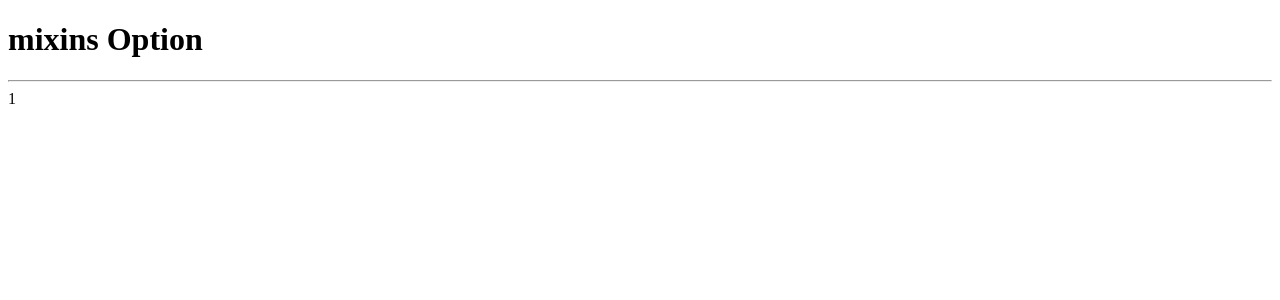
Repository: 13982720426/vue2.0-LearningNotes
Page: example/mixins.html
These files come from the project's save history. The page is drawn as it stood at one moment and after the next save; the edit follows.
The browser window is 1280 px wide. The pictures show the whole page.

Above is the page before, as saved 2021-06-25 22:13:36.

After the next save:
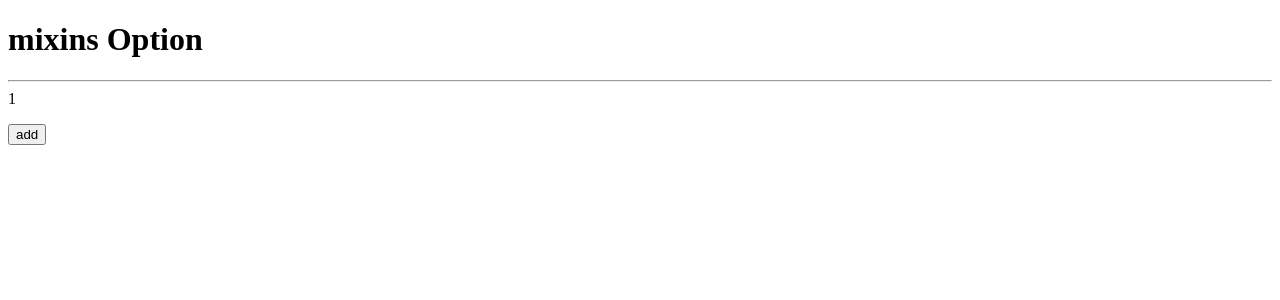
Saved 23 s later.
--- a/example/mixins.html
+++ b/example/mixins.html
@@ -10,7 +10,10 @@
   <body>
     <h1>mixins Option</h1>
     <hr />
-    <div id="app">{{num}}</div>
+    <div id="app">
+      {{num}}
+      <p><button @click="add">add</button></p>
+    </div>
     <script type="text/javascript">
       var app = new Vue({
         el: '#app',
